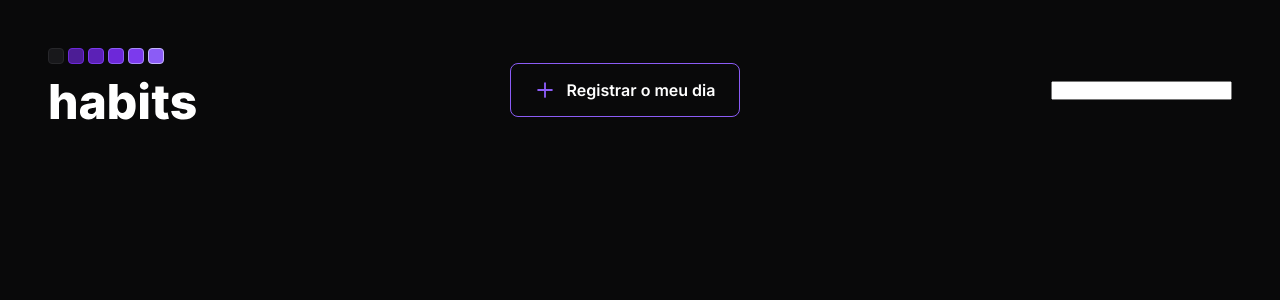
Repository: AntonyCosta/nlw-setup
Page: index.html
These files come from the project's save history. The page is drawn as it stood at one moment and after a run of saves; the edit follows.
The browser window is 1280 px wide. The pictures show the whole page.

Above is the page before, as saved 2023-01-18 03:35:06.

### index.html
<!DOCTYPE html>
<html lang="pt-br">
  <head>
    <meta charset="UTF-8" />
    <meta http-equiv="X-UA-Compatible" content="IE=edge" />
    <meta name="viewport" content="width=device-width, initial-scale=1.0" />
    <link rel="preconnect" href="https://fonts.googleapis.com" />
    <link rel="preconnect" href="https://fonts.gstatic.com" crossorigin />
    <link
      href="https://fonts.googleapis.com/css2?family=Inter:wght@600&display=swap"
      rel="stylesheet"
    />
    <link rel="stylesheet" href="style.css" />
    <title>Habits</title>
  </head>
  <body>
    <header>
      <img src="./assets/logo.svg" alt="" />
      <button>
        <img src="./assets/plus.svg" alt="" />
        Registrar o meu dia
      </button>

      <input type="text" />
    </header>
  </body>
</html>

### style.css
* {
  margin: 0;
  padding: 0;
  box-sizing: border-box;
}

body {
  background-color: #09090a;
  color: white;

  /* display: grid;
  place-items: center; */

  height: 100vh;
}

header {
  display: flex;
  align-items: center;
  justify-content: space-between;

  padding: 48px;
}

button {
  padding: 16px 24px;
  border: 1px solid #8b5cf6;
  border-radius: 8px;
  background: transparent;
  color: #ffffff;

  display: flex;
  align-items: center;
  gap: 12px;

  font-family: "Inter", arial, sans-serif;
  font-weight: 600;
  font-size: 16px;
  line-height: 125%;
}

After the next 5 saves:
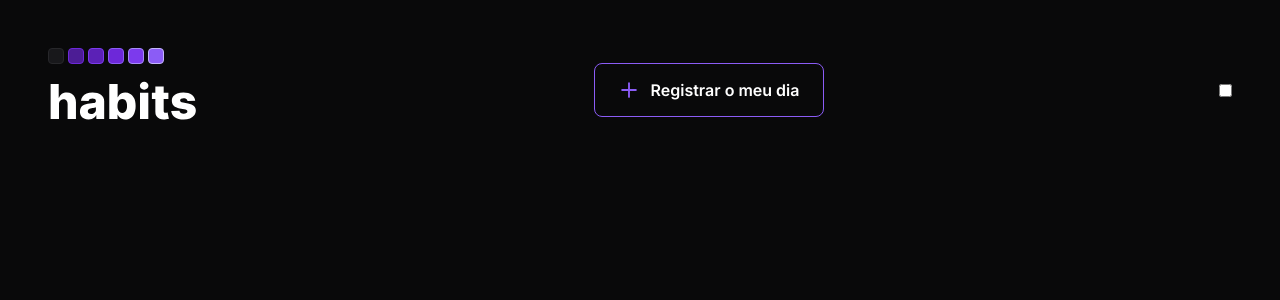
The 5 saves are shown as one change because they came seconds apart.
The last was saved 19 s later.
--- a/index.html
+++ b/index.html
@@ -21,7 +21,7 @@
         Registrar o meu dia
       </button>
 
-      <input type="text" />
+      <input type="checkbox" />
     </header>
   </body>
 </html>
